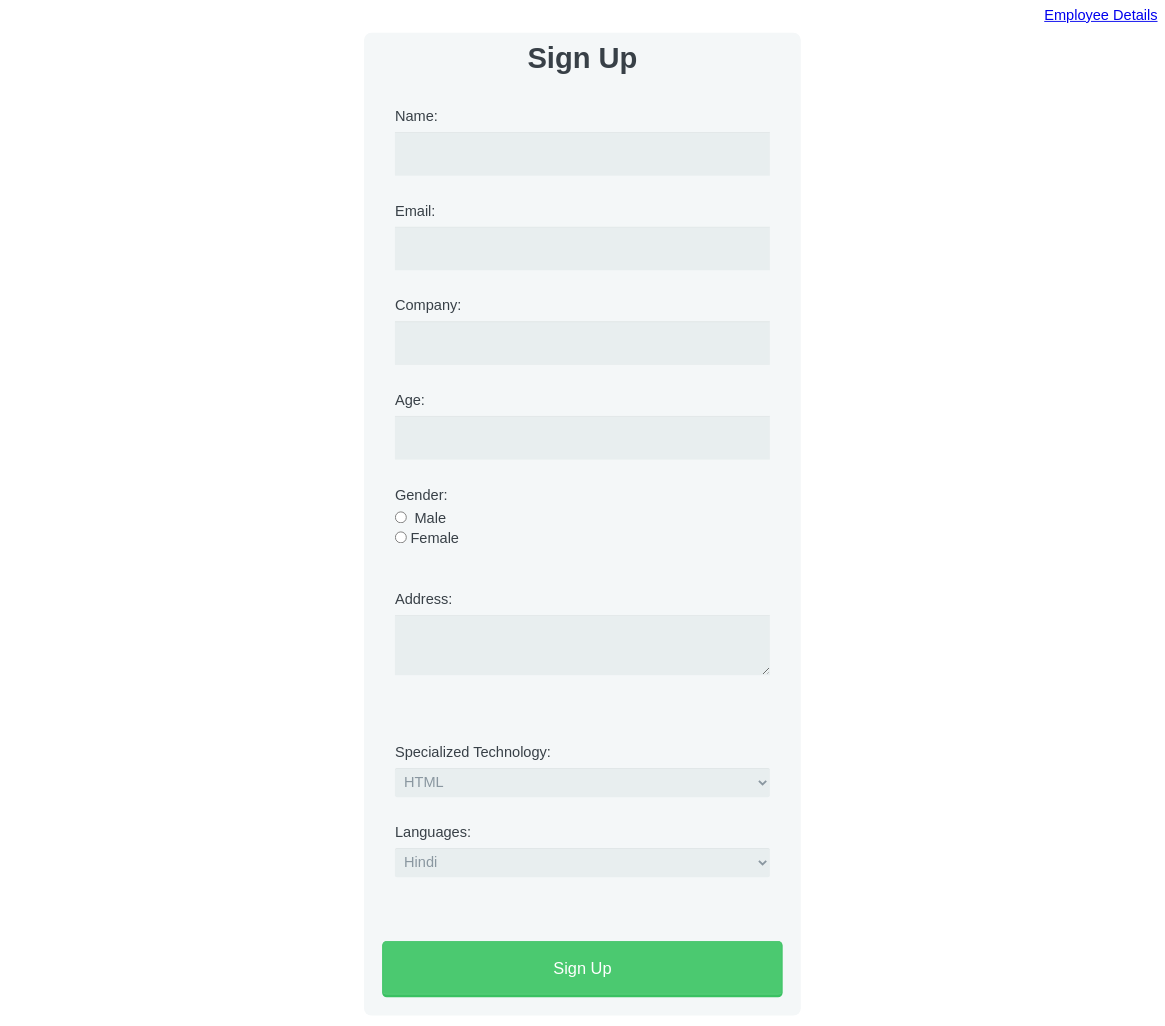
Repository: sunil965/JDBC-Servlet-JSP
Page: http://localhost/JspRegistrationTask/employee.jsp
These files come from the project's save history. The page is drawn as it stood at one moment and after the next save; the edit follows.
The browser window is 1280 px wide. The pictures show the whole page, at 91% of full size.
The page is served by Tomcat 9.

Above is the page before, as saved 2017-05-04 11:16:00.

After the next save:
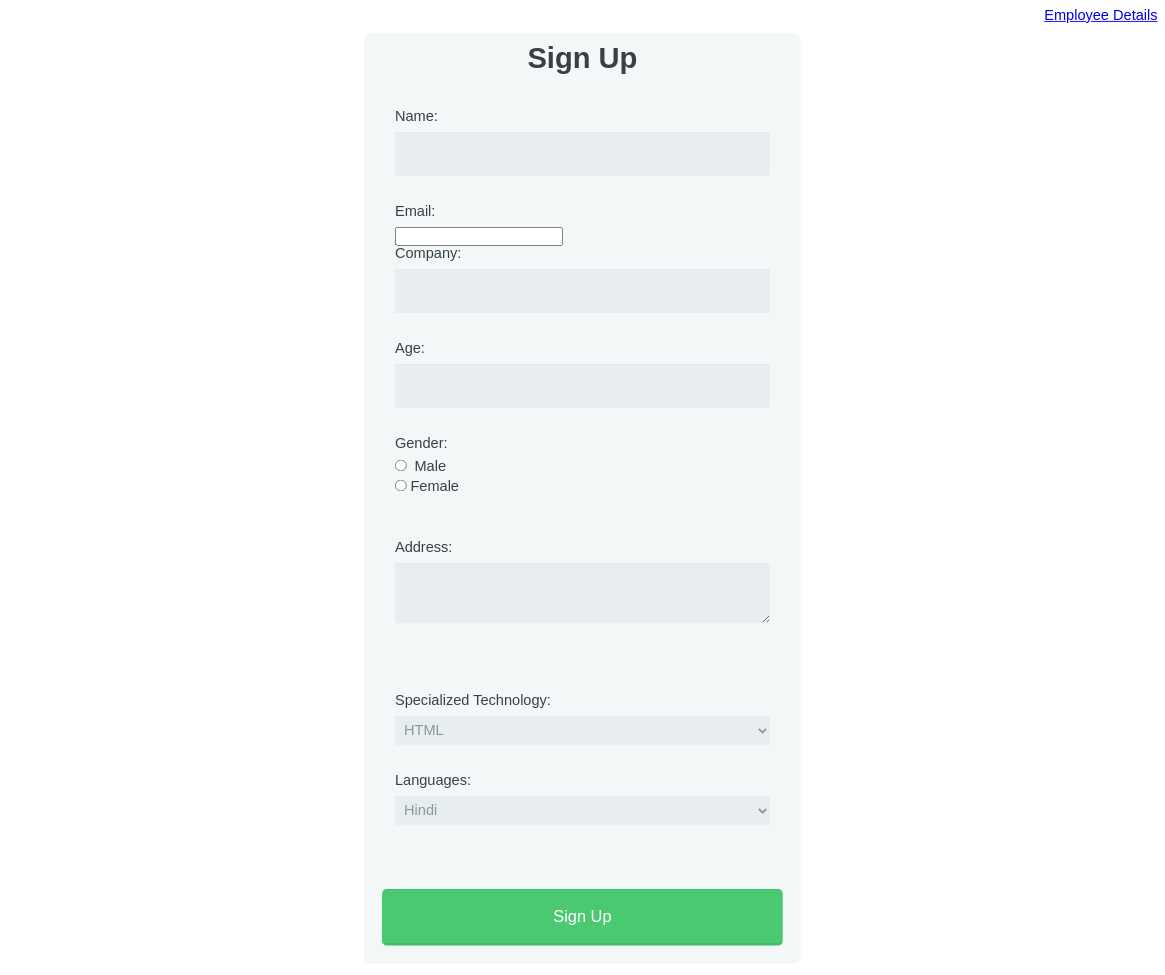
Saved 6 s later.
--- a/JspRegistrationTask/WebContent/employee.jsp
+++ b/JspRegistrationTask/WebContent/employee.jsp
@@ -223,7 +223,7 @@
           <input type="text" name="uname" id="name"">
 
           <label for="mail">Email:</label>
-          <input type="email" id="mail" name="mail">
+          <input type="mail" id="mail" name="mail">
 
           <label for="password">Company:</label>
           <input type="text" id="password" name="user_password">

After the save that followed:
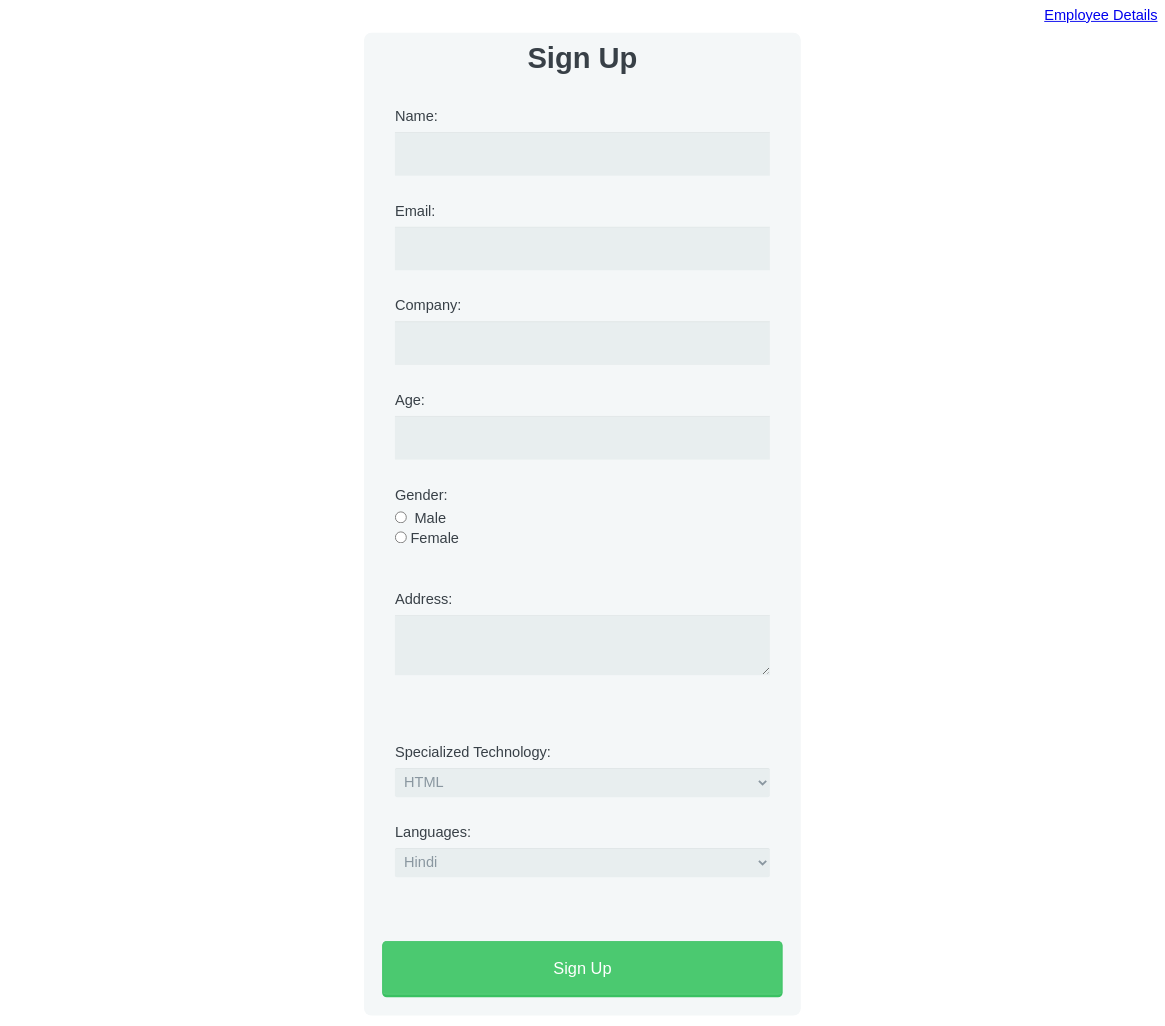
Saved 13 s later.
--- a/JspRegistrationTask/WebContent/employee.jsp
+++ b/JspRegistrationTask/WebContent/employee.jsp
@@ -223,7 +223,7 @@
           <input type="text" name="uname" id="name"">
 
           <label for="mail">Email:</label>
-          <input type="mail" id="mail" name="mail">
+          <input type="email" id="mail" name="mail">
 
           <label for="password">Company:</label>
           <input type="text" id="password" name="user_password">
